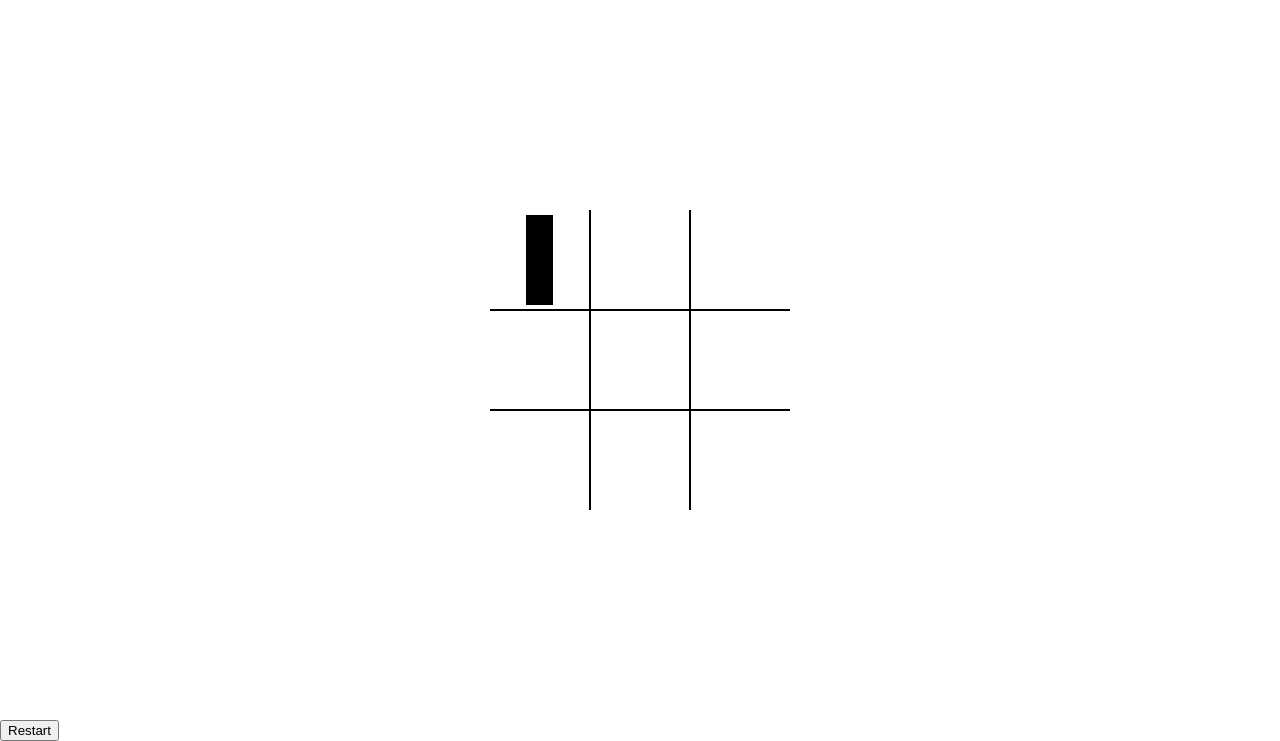
Repository: kate30980/pratice-tictactoe
Page: index.html
These files come from the project's save history. The page is drawn as it stood at one moment and after the next save; the edit follows.
The browser window is 1280 px wide. The pictures show the whole page.

Above is the page before, as saved 2021-08-05 22:04:35.
Not found: script.js

### index.html
<!DOCTYPE html>
<html lang="en">
<head>
    <meta charset="UTF-8">
    <meta http-equiv="X-UA-Compatible" content="IE=edge">
    <meta name="viewport" content="width=device-width, initial-scale=1.0">
    <link rel="stylesheet" href="styles.css">
    <script src="script.js" defer></script>
    <title>Tic Tac Toe</title>
</head>
<body>
    <div class="board" id="board">
        <div class="cell x" data-cell></div>
        <div class="cell" data-cell></div>
        <div class="cell" data-cell></div>
        <div class="cell" data-cell></div>
        <div class="cell" data-cell></div>
        <div class="cell" data-cell></div>
        <div class="cell" data-cell></div>
        <div class="cell" data-cell></div>
        <div class="cell" data-cell></div>
    </div>
    <div class="winning-message">
        <div data-wining-message-text></div>
        <button id="restartButton">Restart</button>
    </div>
</body>
</html>

### styles.css
*,
*::after,
*::before {
  box-sizing: border-box;
}
:root {
  --cell-size: 100px;
  --mark-size: calc(var(--cell-size) * 0.9);
  /* do this because we want this mark size to be 90% of the cell size */
}
body {
  margin: 0;
}
.board {
  width: 100vw;
  height: 100vh;
  display: grid;
  justify-content: center;
  align-content: center;
  justify-items: center;
  align-items: center;
  grid-template-columns: repeat(3, auto);
}
.cell {
  width: var(--cell-size);
  height: var(--cell-size);
  border: 1px solid black;
  display: flex;
  justify-content: center;
  align-items: center;
}
.cell:first-child,
.cell:nth-child(2),
.cell:nth-child(3) {
  border-top: none;
}

.cell:nth-child(3n + 1) {
  border-left: none;
}
.cell:nth-child(3n + 3) {
  border-right: none;
}
.cell:last-child,
.cell:nth-child(8),
.cell:nth-child(7) {
  border-bottom: none;
}

.cell.x::before,
.cell.x::after {
  content: "";
  width: calc(var(--mark-size) * 0.15);
  height: var(--mark-size);
  background-color: black;
}

After the next save:
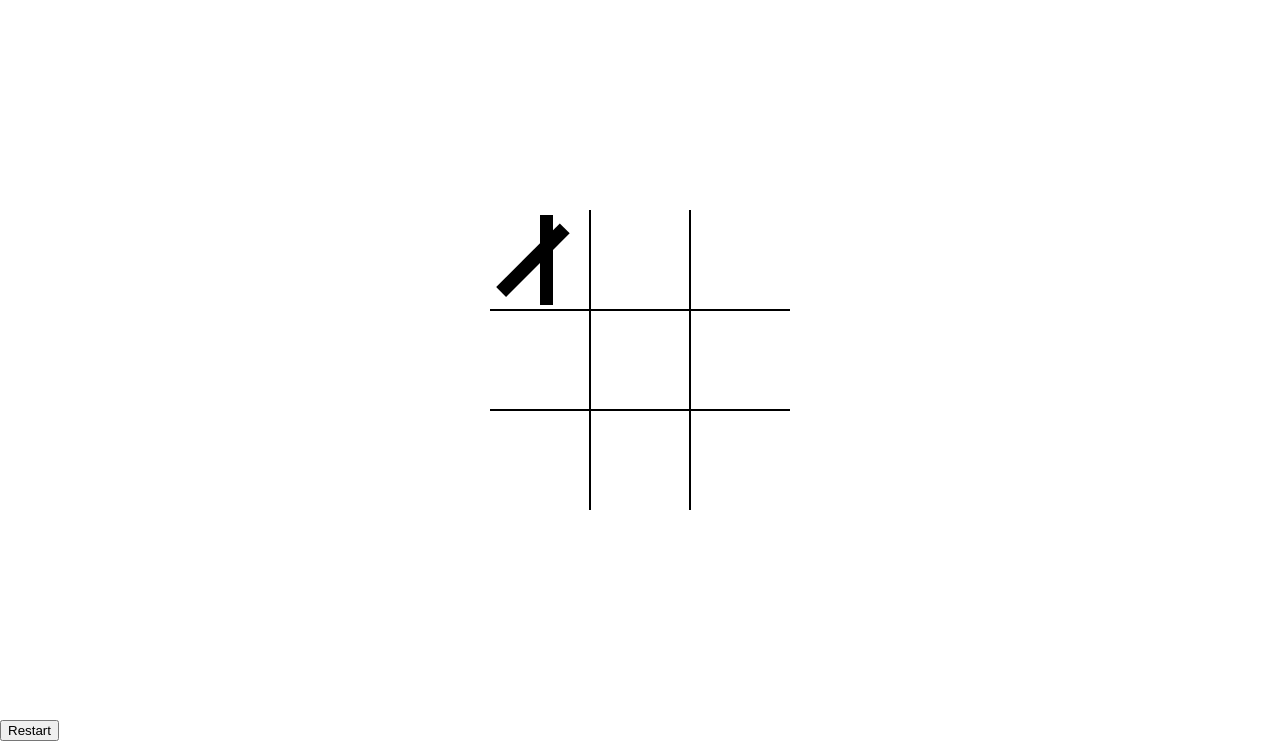
Saved 51 s later.
--- a/styles.css
+++ b/styles.css
@@ -54,3 +54,6 @@ body {
   height: var(--mark-size);
   background-color: black;
 }
+.cell.x::before {
+  transform: rotate(45deg);
+}
